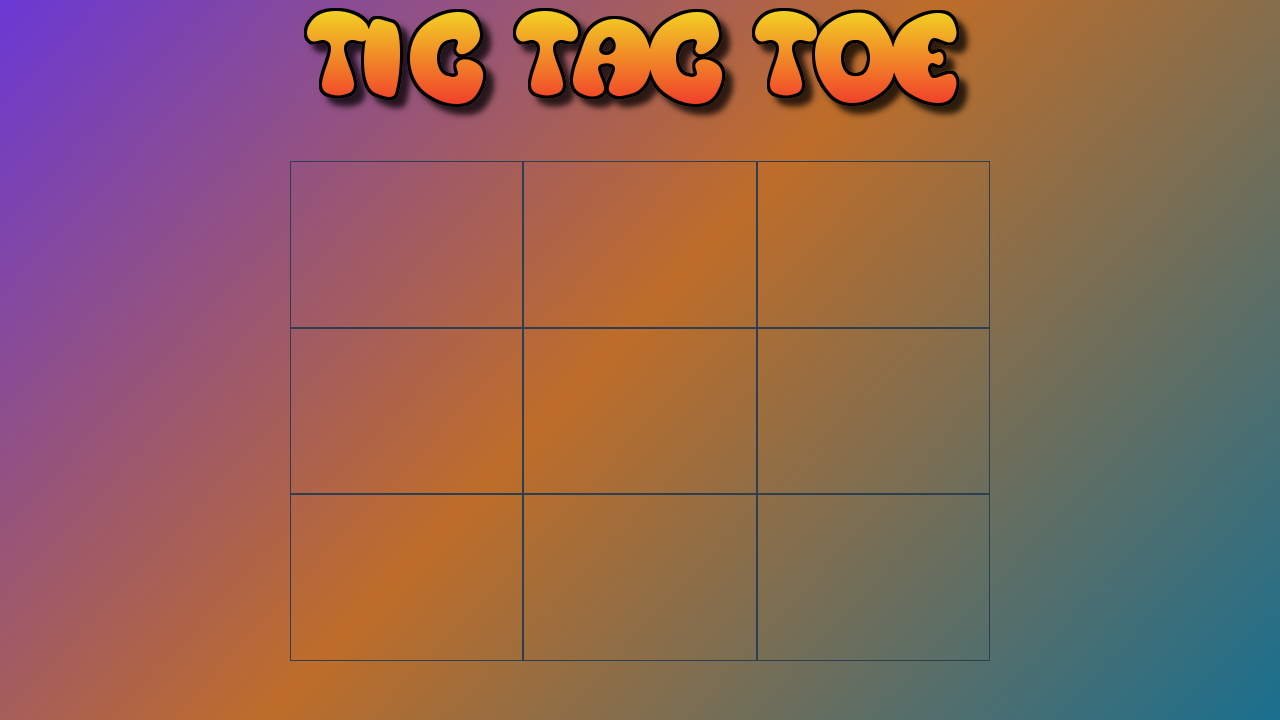
Repository: malx9/Project--5---Tic-Tac-Toe-with-AI
Page: index.html
These files come from the project's save history. The page is drawn as it stood at one moment and after a run of saves; the edit follows.
The browser window is 1280 px wide. The pictures show the whole page.

Above is the page before, as saved 2023-12-25 17:18:55.

### index.html
<!DOCTYPE html>
<html lang="en">
  <head>
    <meta charset="UTF-8" />
    <meta name="viewport" content="width=device-width, initial-scale=1.0" />
    <link rel="stylesheet" href="styles.css" />
    <title>Tic Tac Toe</title>
  </head>
  <body>
    <header>
      <img class="logo" src="images/logo.png" />
    </header>
    <main>
      <div class="game--board">
        <div class="square"></div>
        <div class="square"></div>
        <div class="square"></div>
        <div class="square"></div>
        <div class="square"></div>
        <div class="square"></div>
        <div class="square"></div>
        <div class="square"></div>
        <div class="square"></div>
      </div>
    </main>
  </body>
</html>

### styles.css
html {
  height: 100%;
  margin: 0;
}

body {
  margin: 0;
  background: rgb(106, 56, 213);
  background: linear-gradient(
    133deg,
    rgba(106, 56, 213, 1) 0%,
    rgba(190, 109, 41, 1) 48%,
    rgba(25, 111, 143, 1) 100%
  );
}

.logo {
  display: block;
  margin-left: auto;
  margin-right: auto;
  margin-bottom: 30px;
}

.game--board {
  display: grid;
  grid-template-columns: repeat(3, 1fr);
  grid-template-rows: repeat(3, 1fr);
  width: 700px;
  height: 500px;
  margin: auto;
}

.square {
  opacity: 1;
  border: 1px solid #2c3e50;
}

After the next 3 saves:
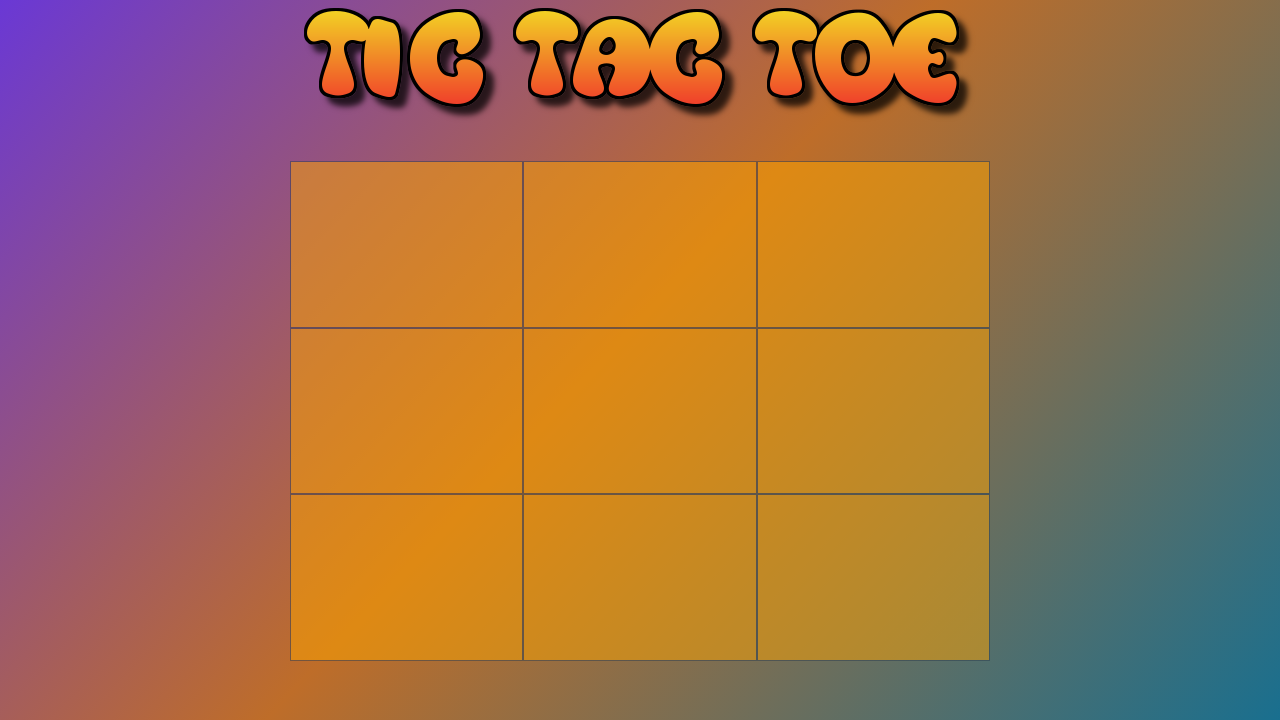
The 3 saves are shown as one change because they came seconds apart.
The last was saved 10 s later.
--- a/styles.css
+++ b/styles.css
@@ -31,6 +31,7 @@
 }
 
 .square {
-  opacity: 1;
+  opacity: 0.5;
+  background-color: orange;
   border: 1px solid #2c3e50;
 }

After the 4 saves that followed:
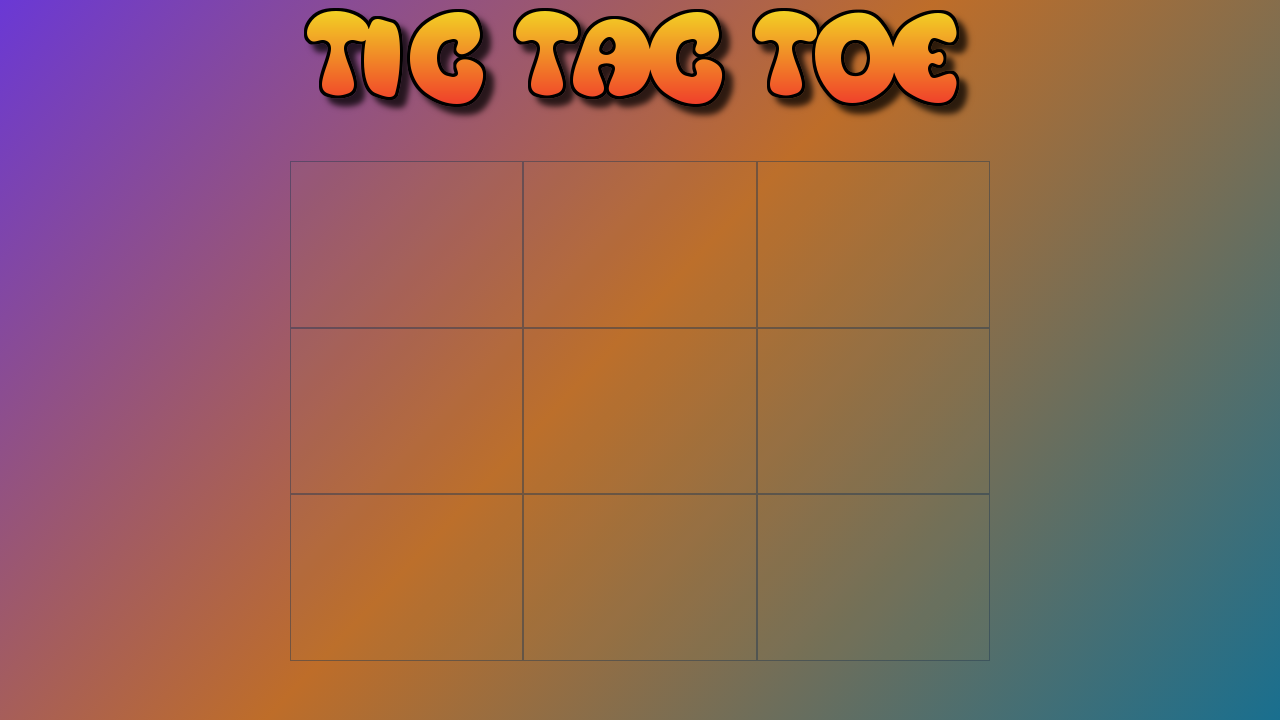
The 4 saves are shown as one change because 1 left the picture as it was and some came seconds apart.
The last was saved 60 s later.
--- a/styles.css
+++ b/styles.css
@@ -32,6 +32,7 @@
 
 .square {
   opacity: 0.5;
-  background-color: orange;
+  background-color: rgb(163, 128, 64, 0.2);
+  border: 1px solid #2c3e50;
   border: 1px solid #2c3e50;
 }
